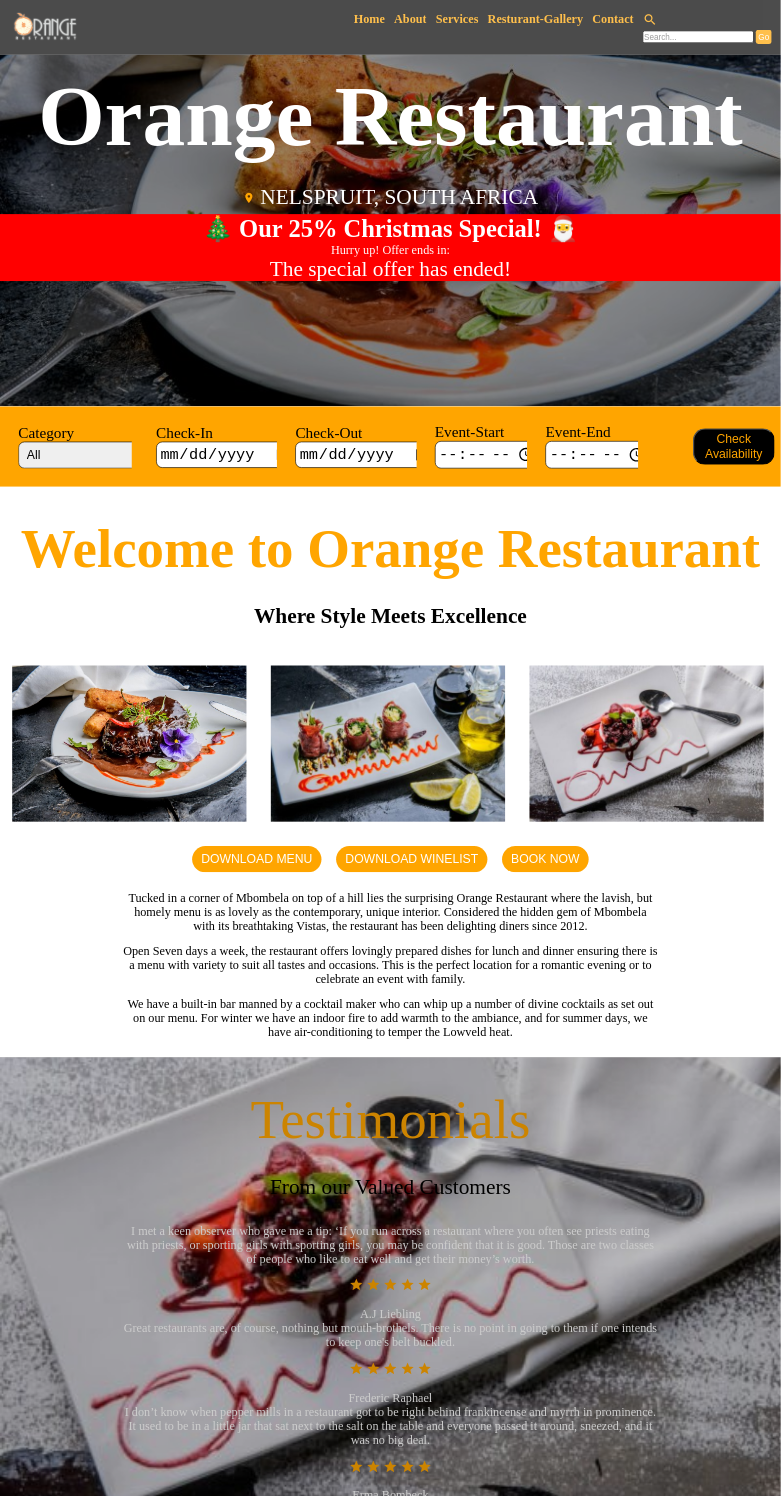
Repository: KaraboM20/KaraboUpdatedProjectOrang-Rest
Page: index.html
These files come from the project's save history. The page is drawn as it stood at one moment and after a run of saves; the edit follows.
The browser window is 1280 px wide. The pictures show the whole page, at 61% of full size.

Above is the page before, as saved 2025-01-31 13:49:25.

### index.html
<!DOCTYPE html>
<html lang="en">
<head>
    <meta charset="UTF-8">
    <meta name="viewport" content="width=device-width, initial-scale=1.0">
    <link href="https://fonts.googleapis.com/icon?family=Material+Icons" rel="stylesheet">
    <link rel="stylesheet" href="./responsive.css">
    <link rel="stylesheet" href="./style.css">
    <title>Orange Resturant</title>
</head>
<body>
    <header>
        <!-- The nav-bar section -->
         <section class="nav-section">
            <div class="navbar">
            <div class="logo">
            <img src="./assets/Orange-Logo.png" alt="" class="logo-img">
            </div>

            <div class="nav-info">
                <ul>
                    <li><a href="./index.html">Home</a></li>
                    <li><a href="./about.html">About</a></li>
                    <li><a href="./services.html">Services</a></li>
                    <li><a href="./gallery.html">Resturant-Gallery</a></li>
                    <li><a href="./contact.html">Contact</a></li>
                    <li>
                    <div class="search-container">
                        <span class="material-icons search-icon">search</span>
                        <div class="search-box">
                            <input type="text" placeholder="Search...">
                            <button type="button" class="button-go">Go</button>
                        </div>
                    </div>
                </li>
                </ul>
             </div>

        </div>
    </section>

    <div class="upper-section">

        <div class="overlay">
        </div>

        <div class="banner-wrap">
            <div class="name"><h1>Orange Restaurant</h1></div>
            <div class="icon-div">
            <span class="icon">
                <span class="material-icons"><a href="https://www.google.com/maps/dir//4+Du+Preez+St,+Mbombela,+1200/@-25.4780157,30.9067737,12z/data=!4m8!4m7!1m0!1m5!1m1!1s0x1ee849f51301d8b7:0xb337d404eb7d9758!2m2!1d30.9891752!2d-25.4780387?entry=ttu&g_ep=EgoyMDI0MTExOC4wIKXMDSoASAFQAw%3D%3D" target="_blank">location_on</a> </span>
                NELSPRUIT, SOUTH AFRICA
            </span>
            </div>

            <div class="countdown-container">
                <h6>🎄 Our 25% Christmas Special! 🎅</h6>
                <p class="chritmas-special">Hurry up! Offer ends in:</p>
                <div id="countdown">
                    <span id="days"></span> Days
                    <span id="hours"></span> Hours
                    <span id="minutes"></span> Minutes
                    <span id="seconds"></span> Seconds
                </div>
            </div>

        </div>

        </div>


    </header>
<!-- availability section -->
    <section>
        <form class="check-availability">
        <div class="category">
            <label for="name">Category</label>
            <select name="category" id="category-select">
                <option value="all">All</option>
                <option value="Wedding and Events">Wedding and Events</option>
                <option value="Conferencing">Conference</option>
                <option value="The Mandarin Room">The Mandarin Room</option>
            </select>
        </div>

        <div class="check-in">
            <label for="name">Check-In</label>
            <input type="date">
        </div>

        <div class="check-out">
            <label for="name">Check-Out</label>
            <input type="date">
        </div>

        <div class="event-start">
            <label for="name">Event-Start</label>
            <input type="time">
        </div>

        <div class="event-end">
            <label for="name">Event-End</label>
            <input type="time">
        </div>

        <div>
            <button class="check-button">Check Availability</button>
        </div>
        </form>

    </section>

    <!-- Focuses on the Food -->
    <section>
        <div class="welcome">
        <h1 class="welcome-info">Welcome to Orange Restaurant</h1>
        <h2 class="welcome-info-two">Where Style Meets Excellence</h2>
    </div>


    <div class="food-images">
        <img src="./assets/food-image.jpg" alt="" class="image1">
        <img src="./assets/Food-image2.jpg" alt="" class="image2">
        <img src="./assets/Food-image3.jpg" alt="" class="image3">
    </div>
    <div class="two-buttons">
        <button class="button1"><a href="https://www.eatatorange.co.za/wp-content/uploads/2024/07/NEW-MENU-2024.pdf" target="_blank" class="button-link">DOWNLOAD MENU</a>
            </button>
        <button class="button2"><a href="https://www.eatatorange.co.za/wp-content/uploads/2024/07/WINE-LIST-2024.pdf" target="_blank" class="button-link">DOWNLOAD WINELIST</a></button>
        <button class="button3"><a href="./booking.html" class="button-link">BOOK NOW</a></button>
    </div>

    <div class="paragraph">

    <p>Tucked in a corner of Mbombela on top of a hill lies the surprising Orange Restaurant where the lavish, but homely menu is as lovely as the contemporary, unique interior. Considered the hidden gem of Mbombela with its breathtaking Vistas, the restaurant has been delighting diners since 2012.</p>
    <br>
    <p>Open Seven days a week, the restaurant offers lovingly prepared dishes for lunch and dinner ensuring there is a menu with variety to suit all tastes and occasions. This is the perfect location for a romantic evening or to celebrate an event with family.</p>
    <br>
    <p>We have a built-in bar manned by a cocktail maker who can whip up a number of divine cocktails as set out on our menu.
        For winter we have an indoor fire to add warmth to the ambiance, and for summer days, we have air-conditioning to temper the Lowveld heat.</p>
    </div>

    </section>
<!-- The footer which is about the testimonies -->
    <section>
        <div class="testimony">
            <div class="overlay2"></div>
            <div class="testimony-header">Testimonials</div>
            <div class="sub-heading">From our Valued Customers</div>

            <div class="testimony1">
                <p>I met a keen observer who gave me a tip: ‘If you run across a restaurant where you often see priests eating with priests, or sporting girls with sporting girls, you may be confident that it is good. Those are two classes of people who like to eat well and get their money’s worth.
                </p>
                <div class="star-icons">
                <span class="material-icons">star</span>
                <span class="material-icons">star</span>
                <span class="material-icons">star</span>
                <span class="material-icons">star</span>
                <span class="material-icons">star</span>
                </div>

                <p>A.J Liebling</p>

            </div>

            <div class="testimony2">
                <p> Great restaurants are, of course, nothing but mouth-brothels. There is no point in going to them if one intends to keep one's belt buckled.
                </p>
                <div class="star-icons">
                    <span class="material-icons">star</span>
                    <span class="material-icons">star</span>
                    <span class="material-icons">star</span>
                    <span class="material-icons">star</span>
                    <span class="material-icons">star</span>
                </div>

                <p>Frederic Raphael</p>

            </div>

            <div class="testimony3">
                <p>I don’t know when pepper mills in a restaurant got to be right behind frankincense and myrrh in prominence. It used to be in a little jar that sat next to the salt on the table and everyone passed it around, sneezed, and it was no big deal.
                     </p>
                     <div class="star-icons">
                        <span class="material-icons">star</span>
                        <span class="material-icons">star</span>
                        <span class="material-icons">star</span>
                        <span class="material-icons">star</span>
                        <span class="material-icons">star</span>
                     </div>
                <p>Erma Bombeck</p>

            </div>


        </div>
    </section>

    <script src="script.js"></script>
</body>

</html>

### responsive.css
@media (max-width: 768px) and (min-width:480px)  {
 body {
    text-align: center;
    align-items: center;
    justify-content: center;
    /* max-width: 600px; */
 }

 .check-availability {
    display: block;
    display: grid;

 }



}

### style.css
* {
    margin: 0;
    padding: 0;
    overflow-x: hidden;
    box-sizing: border-box;

}

.nav-section {
    opacity: 0.7;
    background-color: black;
}



.upper-section {
    background-image: url(./assets/food-image.jpg);
    background-size: cover;
    background-position: center;
    height: 80vh;
    width: 100vw;
    position: relative;
    z-index: 0;

}

.navbar {
    display: flex;
    justify-content: space-between;

}

.nav-info {
    position: sticky;
}

.nav-info ul {
    list-style: none;
    color: orange;
    display: flex;
    margin-top: 20px;

}

.nav-info li {
    margin-right: 15px;
    font-size: 18px;
    font-weight: bold;

}

.button-go {
    background-color: orange;
    color: white;
    border: none;
    border-radius: 4px;
    padding: 4px;
}

.overlay {
    z-index: -1;
    height: 100%;
    width: 100%;
    background: black;
    position: absolute;
    top: 0;
    opacity: 40%;
}



a {
    text-decoration: none;
    color: orange;
    font-size: 20px;
}

a:hover {
    color: rgb(226, 43, 162);
    cursor: pointer;
}

li:hover {
    cursor: pointer;
}


.banner-wrap {
    color: white;
    font-size: 70px;
    text-align: center;
    justify-content: center;

}

h1 {
    margin-top: 20px;
}

.icon {
    text-decoration:none;
    color: white;
    font-size: 35px;
    align-items: center;
    justify-content: center;

}

.material-icons {
    color: orange;
}


.check-availability {
    display: flex;
   background-color: orange;
   padding: 10px;
   border: none;
   font-size: 25px;
   align-items: center;
   max-width: 100vw;


}

.check-availability input {

    font-size: 25px;
    border: 1px solid black;
    border-radius: 10px;
    padding: 5px;
}

.category {
    display: grid;
    margin: 20px;
}

#category-select {
    font-size: 20px;
    border: 1px solid black;
    border-radius: 10px;
    padding: 9px;
}

.check-in {
    display: grid;
    margin: 10px;
    padding: 5px 10px;
}

.check-out {
    display: grid;
    margin: 10px;
    padding: 5px 10px;

}

.event-start {
    display: grid;
    margin: 10px;
    padding: 5px 10px;

}

.event-end {
    display: grid;
    margin: 10px;
    padding: 5px 10px;

}

.check-button  {
    color: orange;
    background-color: black;
    border-radius: 20px;
    font-size: 20px;
    margin-bottom: 0;
    margin-left: 80px;
    padding: 5px 10px;
    text-align: center;


}

.check-button:hover {
    color: black;
    background-color: orange;
    cursor: pointer;
}

.welcome {
    text-align: center;

}

.welcome-info {
    color: orange;
    font-size: 90px;
    margin-top: 50px;
}

.welcome-info-two {
    font-size: 35px;
    align-items: center;
    justify-content: center;
    margin-top: 40px;
    margin-bottom: 40px;
}

.food-images {
    display: flex;
    align-items: center;


}

img {
    margin: 20px;
    width: 30%;
    height: auto;
}

.two-buttons {
    margin-top: 20px;
    margin-bottom: 30px;
    text-align: center;

}

.button1 {
    color: white;
    background-color: orange;
    border: none;
    font-size: 20px;
    padding: 10px 15px;
    border-radius: 30px;
}

.button-link {
    color: white;
    background-color: orange;
}

.button-link:hover {
    color: black;
    cursor: pointer;
}

.button2 {
    color: white;
    background-color: orange;
    margin-left: 20px;
    border: none;
    font-size: 20px;
    padding: 10px 15px;
    border-radius: 30px;
}

.button3 {
    color: white;
    background-color: orange;
    margin-left: 20px;
    border: none;
    font-size: 20px;
    padding: 10px 15px;
    border-radius: 30px;
}


p {
    text-align: center;
    font-size: 20px;
    margin-left: 100px;
    margin-right: 100px;
    padding-left: 100px;
    padding-right: 100px;
}

.paragraph {
    margin-bottom: 30px;
}

.testimony {
    background-image: url(./assets/Food-image3.jpg);
    color: white;
    background-size: cover;
    background-position: center;
    height: 100vh;
    width: 100vw;
    position: relative;

}

.overlay2 {
    z-index: 1;
    height: 100%;
    width: 100%;
    background: black;
    position: absolute;
    top: 0;
    opacity: 20%;
}

.testimony-header {
    color: orange;
    font-size: 90px;
    margin-top: 50px;
    text-align: center;
}

.sub-heading {
    font-size: 35px;
    color: black;
    text-align: center;
    margin-top: 40px;
    margin-bottom: 40px;

}

.star-icons {
    color: orange;
    text-align: center;
    margin: 20px;


}

.top-logo {
    text-align: center;
}

.top-name {
    color: orange;
    font-size: 100px;
}

.top-name2 {
    font-size: 30px;
}

.paragraph2 {
    margin-top: 60px;
    margin-bottom: 60px;
}

.service-top {
    text-align: center;
}

.wedding {
    margin-top: 60px;
}

.wed-heading {
    text-align: center;
    font-size: 35px;
    font-weight: bold;
}

.wed-info {
    display: flex;
    align-content: center;
    align-items: center;
    justify-content: center;
    margin-top: 50px;
    margin-bottom: 50px;

}

.wed-img {
    width: 500px;

}

.img-thumbnail {
    width: 400px;

}

.wed-info2 {
    width: 400px;

}

.restaurant-image {
    display: flex;
    flex-wrap: wrap;
    height: 375px;
    gap: 20px;
    justify-content: center;

}

.restaurant-image img {
    height: 374px;
    width: 400px;
}

.contact-info {
    text-align: center;
    margin-top: 100px;
}

.booking-info {
    margin-top: 60px;
}

.booking-form {
    margin-top: 50px;
    margin-bottom: 50px;
}

.booking-form label {
    font-size: 30px;
    color: orange;
}

.booking-form input {
    font-size: 30px;
    border-radius: 10px;
}

.booking-label {
    margin-bottom: 30px;
}

.booking-button {
    color: white;
    background-color: orange;
    border: none;
    font-size: 30px;
    padding: 10px;
    border-radius: 25px;
    margin-top: 20px;
    margin-left: 200px;

}

.booking-button:hover {
    color: orange;
    background-color: black;
}

.countdown-container {
    color: white;
    background-color: red;
    border: none;
    font-size: 60px;

}



#countdown {
    font-size: 35px;
}

### script.js

const targetDate = new Date("December 25, 2024 23:59:59").getTime();


function updateCountdown() {
    const now = new Date().getTime();
    const timeLeft = targetDate - now;

    if (timeLeft > 0) {

        const days = Math.floor(timeLeft / (1000 * 60 * 60 * 24));
        const hours = Math.floor((timeLeft % (1000 * 60 * 60 * 24)) / (1000 * 60 * 60));
        const minutes = Math.floor((timeLeft % (1000 * 60 * 60)) / (1000 * 60));
        const seconds = Math.floor((timeLeft % (1000 * 60)) / 1000);


        document.getElementById("days").textContent = days;
        document.getElementById("hours").textContent = hours;
        document.getElementById("minutes").textContent = minutes;
        document.getElementById("seconds").textContent = seconds;
    } else {

        document.getElementById("countdown").textContent = "The special offer has ended!";
    }
}


setInterval(updateCountdown, 1000);


updateCountdown();



const searchIcon = document.querySelector('.search-icon');
const searchBox = document.querySelector('.search-box');

searchIcon.addEventListener('click', (event) => {
    event.stopPropagation();
    if (searchBox.style.display === 'none' || searchBox.style.display === '') {
        searchBox.style.display = 'block';
    } else {
        searchBox.style.display = 'none';
    }
});


document.addEventListener('click', (event) => {
    const searchContainer = document.querySelector('.search-container');
    if (!searchContainer.contains(event.target)) {
        searchBox.style.display = 'none';
    }
});

After the next 2 saves:
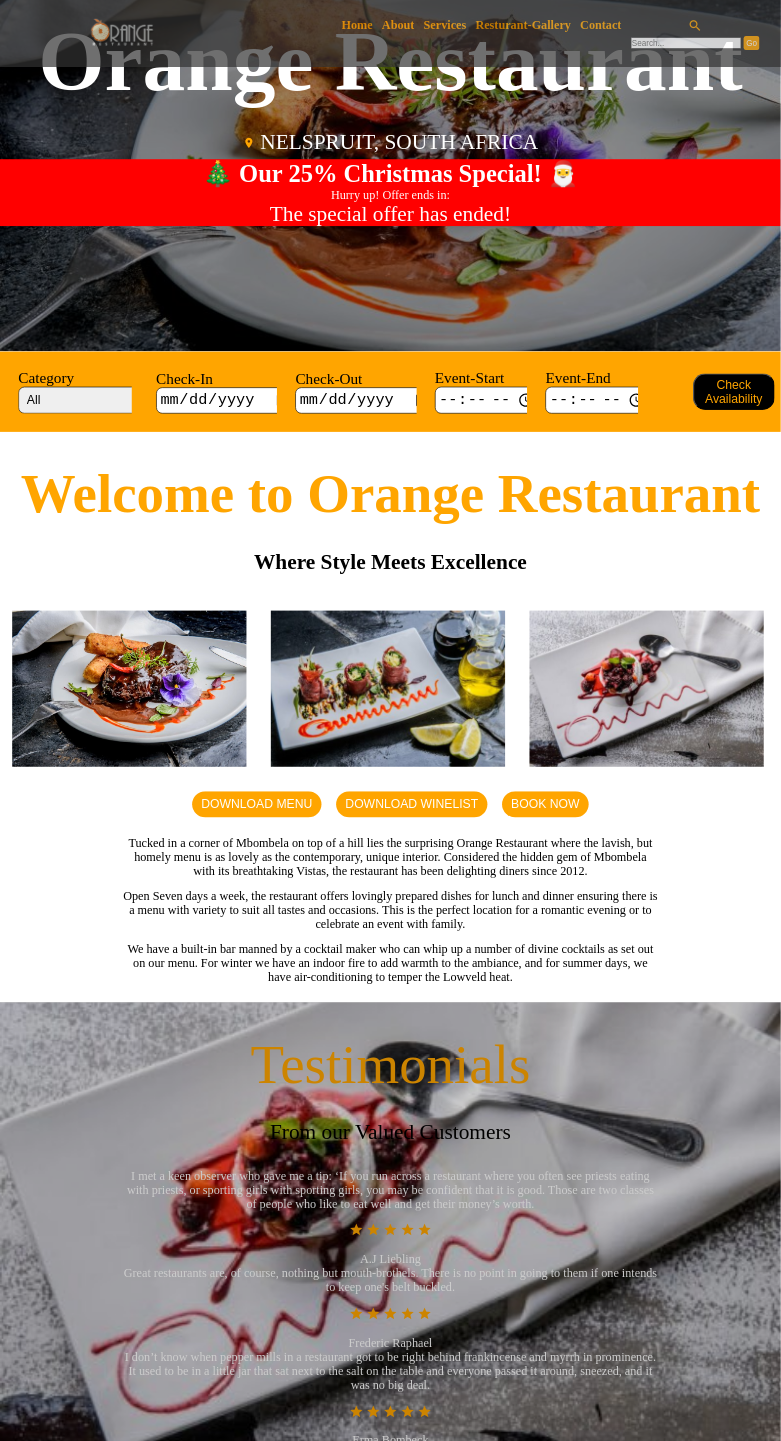
The 2 saves are shown as one change because they came seconds apart.
The last was saved 81 s later.
--- a/style.css
+++ b/style.css
@@ -9,6 +9,15 @@
 .nav-section {
     opacity: 0.7;
     background-color: black;
+    position: fixed;
+    top: 0;
+    left: 0;
+    width: 100%;
+    background-color: #333;
+    color: white;
+    padding: 10px 20px;
+    text-align: center;
+    z-index: 1000;
 }
 
 
